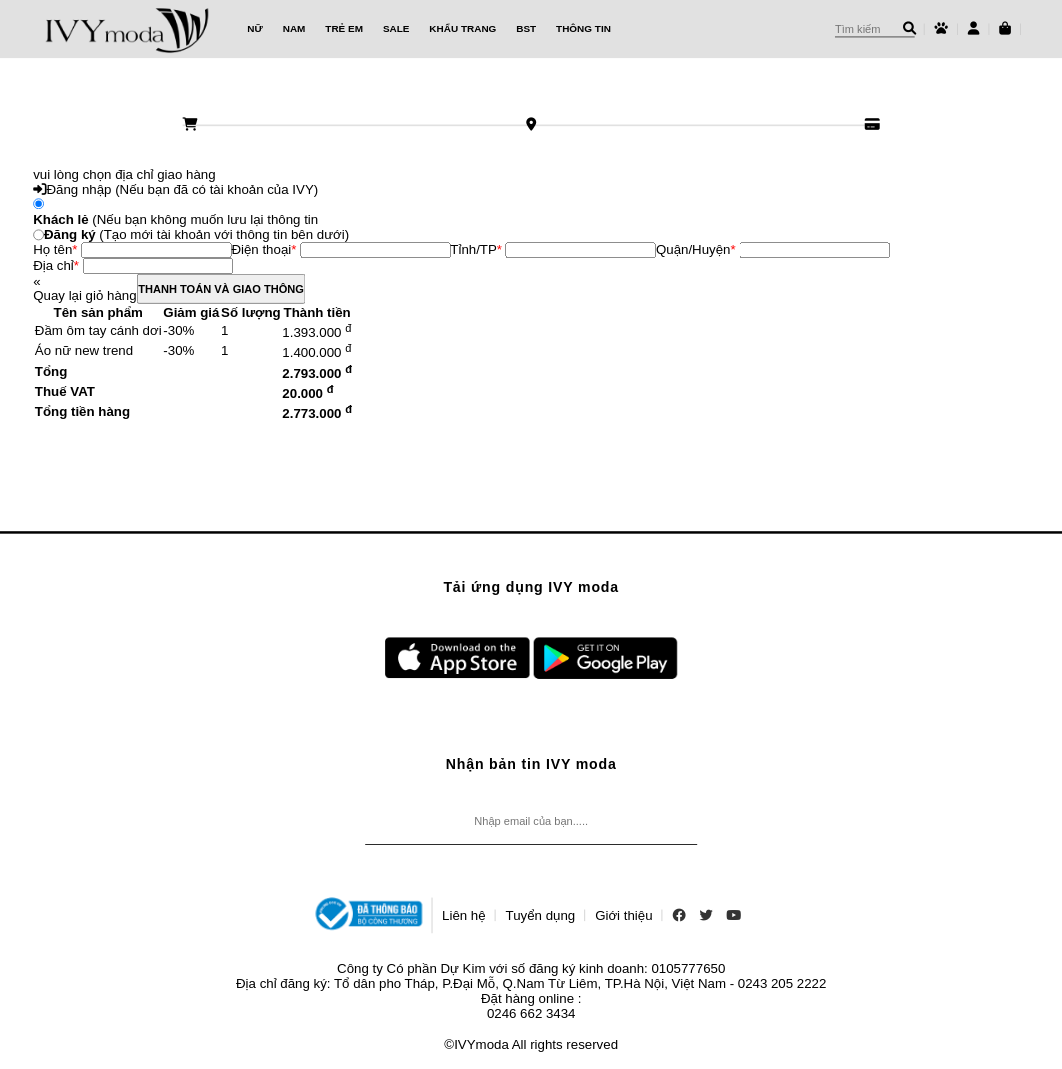
Repository: dinhvanbinh2310/ivy-moda
Page: delivery.html
These files come from the project's save history. The page is drawn as it stood at one moment and after the next save; the edit follows.
The browser window is 1280 px wide. The pictures show the whole page, at 83% of full size.

Above is the page before, as saved 2022-05-08 11:04:55.

After the next save:
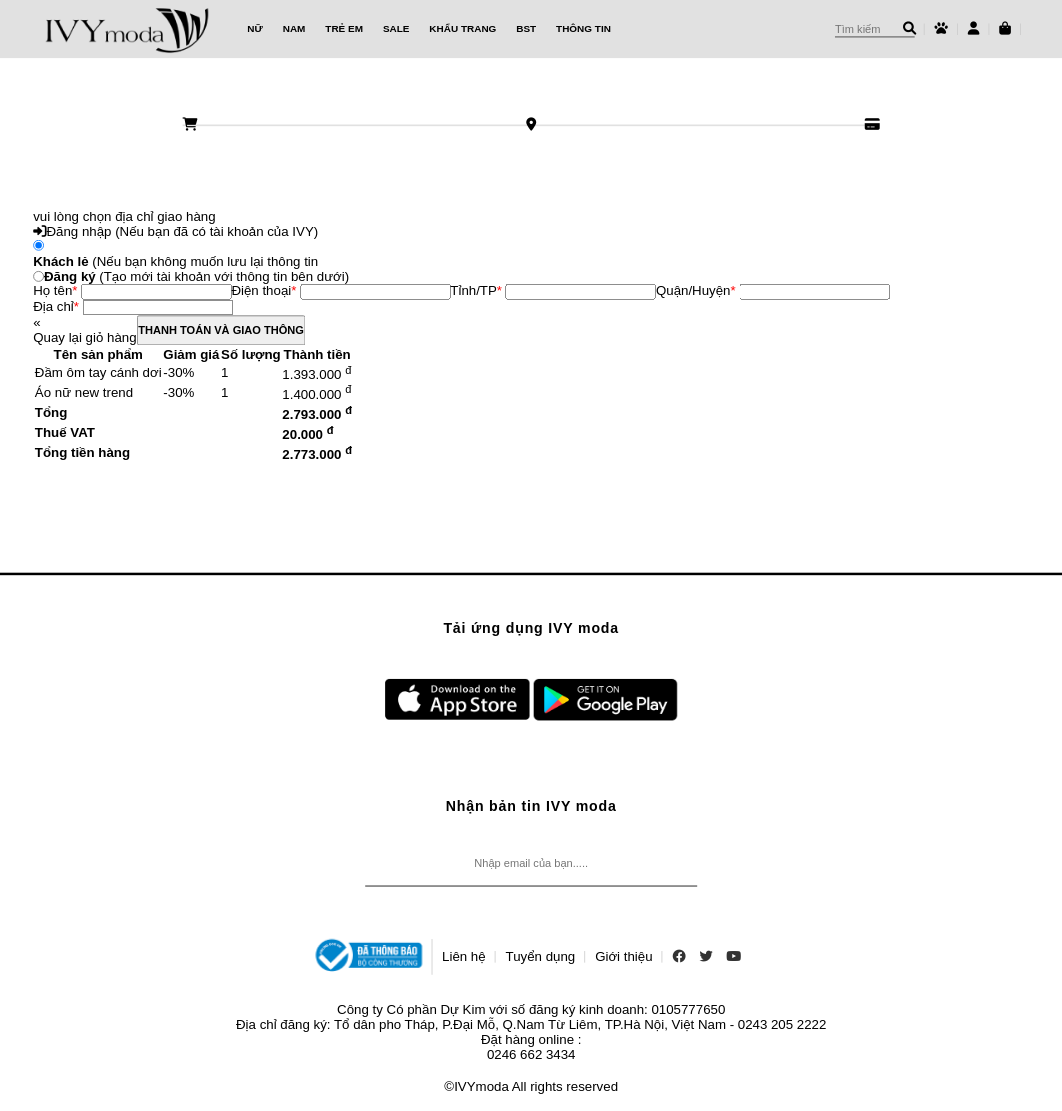
Saved 8 s later.
--- a/css/style.css
+++ b/css/style.css
@@ -718,5 +718,5 @@
   display: flex;
   justify-content: space-between;
   align-items: center;
-  margin: 50px;
-}
+  margin: 50px 0 100px;
+}
